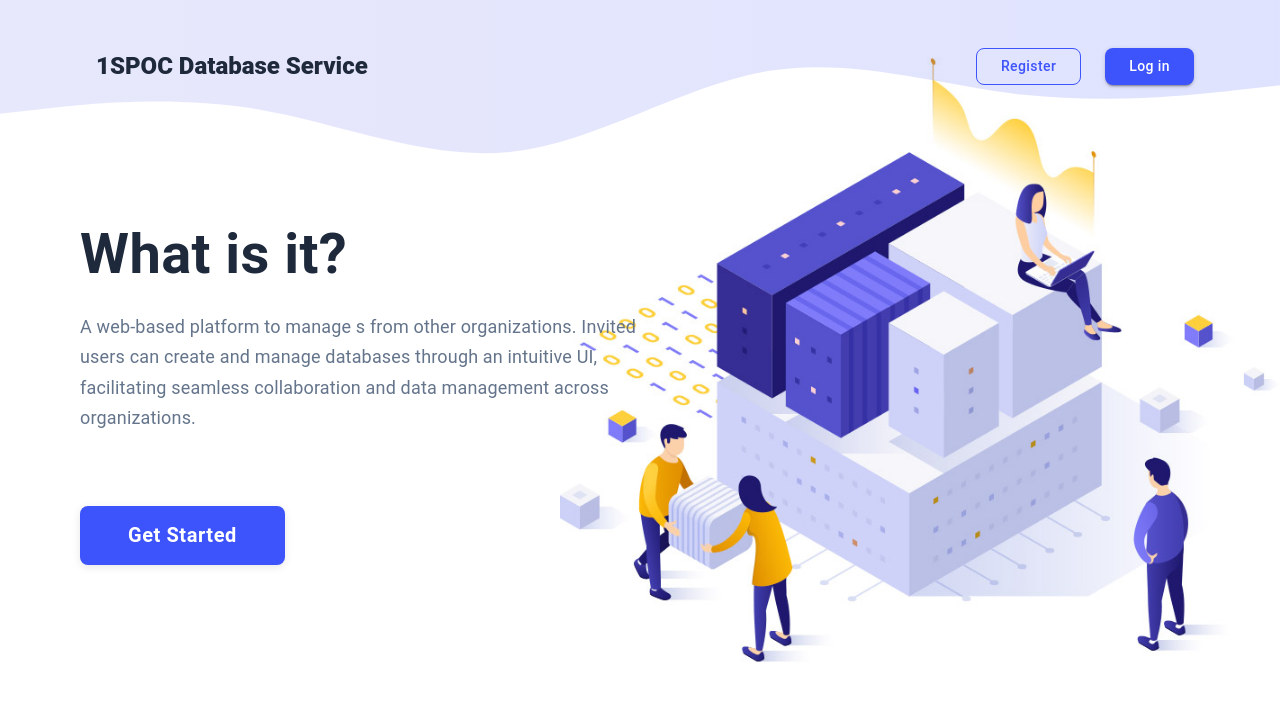
Repository: TanmayVaidya742/DbService
Page: / (app in frontend/)
The author's editor kept a copy of each file at every save. The page is drawn from the files as they stood at one save, then again after the next save.
The browser window is 1280 px wide. The pictures show the whole page.
The page's requests for data from a server got no answer. The project was rebuilt for these pictures with package versions that can differ from the ones it lists, and the page was loaded fresh each time. No one was signed in, and anything a server would have sent is missing. Also part of the build but not shown: frontend/src/components/Login.js, frontend/src/components/Register.js, frontend/src/components/Dashboard.js, frontend/src/components/AddDatabaseDialog.js, frontend/src/components/UserDashboard.js, frontend/src/components/Organizations.js, frontend/src/components/EditTableDialog.js, frontend/src/components/CreateTableDialog.js and 3 more.

Above is the page before, as saved 2025-05-08 10:53:32.

### frontend/src/App.js
import React, { useState, useEffect } from 'react';
import { BrowserRouter as Router, Routes, Route, Navigate } from 'react-router-dom';
import { ThemeProvider, createTheme } from '@mui/material';
import Login from './components/Login';
import Register from './components/Register';
import Dashboard from './components/Dashboard';
import LandingPage from './components/LandingPage';
import UserDashboard from './components/UserDashboard';
import Organizations from './components/Organizations';
import axios from 'axios';
import DatabaseDetails from './components/DatabaseDetails';
import './styles/theme.css';
import PricingPlans from './components/PricingPlans';


const theme = createTheme({
  palette: {
    primary: {
      main: '#1976d2',
    },
    secondary: {
      main: '#dc004e',
    },
  },
});

const PrivateRoute = ({ children }) => {
  const token = localStorage.getItem('token');
  return token ? children : <Navigate to="/" />;
};

function App() {
  const [hasUsers, setHasUsers] = useState(null);
  const [loading, setLoading] = useState(true);

  useEffect(() => {
    const checkUsers = async () => {
      try {
        const response = await axios.get('http://localhost:5000/api/auth/check-users');
        setHasUsers(response.data.hasUsers);
      } catch (error) {
        console.error('Error checking users:', error);
        setHasUsers(false);
      } finally {
        setLoading(false);
      }
    };

    checkUsers();
  }, []);

  if (loading) {
    return <div>Loading...</div>;
  }

  return (
    <ThemeProvider theme={theme}>
      <Router>
        <Routes>
          <Route path="/" element={<LandingPage />} />
          <Route
            path="/login"
            element={<Login />}
          />
          <Route
            path="/register"
            element={<Register />}
          />
          <Route
            path="/superadmin-dashboard"
            element={
              <PrivateRoute>
                <Dashboard />
              </PrivateRoute>
            }
          />
          <Route path="/databases" element={<UserDashboard />} />
          <Route path="/organizations" element={<Organizations />} />
          <Route path="/database/:dbName" element={<DatabaseDetails />} />
          <Route path="/pricing" element={<PricingPlans />} />


        </Routes>
      </Router>
    </ThemeProvider>
  );
}

export default App;

### frontend/src/styles/theme.css
:root {
  /* Color Palette - Blue Theme */
  --primary-color: #3d53fb; /* Tailwind's blue-500 */
  --primary-hover: #6b9efc; /* Tailwind's blue-600 */
  --primary-light: rgba(59, 130, 246, 0.08);
  --primary-light-hover: rgba(59, 130, 246, 0.12);
  --primary-text: white;

  --secondary-color: #6e74eb; /* Tailwind's blue-400 */
  --error-color: #515ff9;     /* Tailwind's red-500 */
  --success-color: #10b981;   /* Tailwind's emerald-500 */
  --warning-color: #f59e0b;   /* Tailwind's amber-500 */
  --info-color: #0ea5e9;      /* Tailwind's sky-500 */

  /* Background Colors */
  --bg-primary: #ffffff;
  --bg-secondary: #ffffff;    /* Tailwind's slate-50 */
  --bg-paper: #ffffff;

  /* Text Colors */
  --text-primary: #1e293b;    /* Tailwind's slate-800 */
  --text-secondary: #64748b;  /* Tailwind's slate-600 */
  --text-disabled: #94a3b8;   /* Tailwind's slate-400 */

  /* Borders */
  --border-color: rgba(0, 0, 0, 0.12);
  --border-radius: 8px;
  --border-radius-sm: 4px;

  /* Typography */
  --font-family: 'Roboto', 'Helvetica', 'Arial', sans-serif;
  --font-size-base: 1rem;
  --font-size-small: 0.875rem;
  --font-size-large: 1.25rem;

  /* Shadows */
  --shadow-sm: 0 1px 3px rgba(0,0,0,0.12);
  --shadow-md: 0 4px 6px rgba(0,0,0,0.1);
  --shadow-lg: 0 6px 20px rgba(0,0,0,0.1);

  /* Spacing */
  --spacing-unit: 8px;
}

/* Typography classes */
body {
  font-family: var(--font-family);
  color: var(--text-primary);
  background-color: var(--bg-secondary);
}

h1, h2, h3, h4, h5, h6 {
  color: var(--text-primary);
  font-weight: 600;
}

### frontend/src/components/LandingPage.js
import React from 'react';
import { useNavigate } from 'react-router-dom';
import { Button, Container, Typography, Grid } from '@mui/material';
import { styled } from '@mui/material/styles';

const MainSection = styled('section')({
  minHeight: '100vh',
  position: 'relative',
  overflow: 'hidden',
  overflowY: 'hidden',
  backgroundColor: 'rgba(250, 247, 247, 0.1)',
  backgroundImage: 'url(/assets/images/database.jpg)',
  backgroundPosition: 'center right',
  backgroundRepeat: 'no-repeat',
  backgroundSize: 'contain',
  display: 'flex',
  flexDirection: 'column',
  justifyContent: 'center', // Center content vertically
});

const WaveBackground = styled('div')({
  position: 'absolute',
  top: 0,
  left: 0,
  right: 0,
  zIndex: 0,
  opacity: 0.8, // Slightly reduce opacity for better blending
});

const Navbar = styled('nav')({
  position: 'relative',
  zIndex: 2,
  padding: '1.5rem 0', // Increased padding for better spacing
});

const NavContent = styled('div')({
  display: 'flex',
  justifyContent: 'space-between',
  alignItems: 'center',
  padding: '0 1rem', // Add padding for better alignment
});

const LogoContainer = styled('div')({
  display: 'flex',
  alignItems: 'center',
});

const NavButtons = styled('div')({
  display: 'flex',
  gap: '1.5rem', // Increased gap for better spacing between buttons
  justifyContent: 'flex-end',
});

const MainContent = styled('main')({
  position: 'relative',
  zIndex: 1,
  marginTop: '4rem', // Reduced to bring content closer to navbar
  flexGrow: 1, // Allow content to take remaining space
});

const ButtonGroup = styled('div')({
  display: 'flex',
  gap: '1.5rem', // Increased gap for better spacing
  marginTop: '2.5rem', // Slightly increased for balance
});

const ContentContainer = styled('div')({
  display: 'flex',
  flexDirection: 'column',
  justifyContent: 'center',
  height: '100%',
  padding: '3rem', // Increased padding for better spacing
  borderRadius: 'var(--border-radius)',
  maxWidth: '600px', // Constrain width for better readability
});

const LandingPage = () => {
  const navigate = useNavigate();

  return (
    <MainSection>
      <WaveBackground>
        <svg xmlns="http://www.w3.org/2000/svg" viewBox="0 0 1440 320" style={{ display: 'block' }}>
          <defs>
            <linearGradient id="wave-gradient" x1="0%" y1="0%" x2="100%" y2="0%">
              <stop offset="0%" stopColor="var(--secondary-color)" />
              <stop offset="100%" stopColor="var(--primary-color)" />
            </linearGradient>
          </defs>
          <path
            fill="url(#wave-gradient)"
            fillOpacity="0.2"
            d="M0,128L48,122.7C96,117,192,107,288,122.7C384,139,480,181,576,170.7C672,160,768,96,864,80C960,64,1056,96,1152,106.7C1248,117,1344,107,1392,101.3L1440,96L1440,0L1392,0C1344,0,1248,0,1152,0C1056,0,960,0,864,0C768,0,672,0,576,0C480,0,384,0,288,0C192,0,96,0,48,0L0,0Z"
          />
        </svg>
      </WaveBackground>

      <Navbar>
        <Grid paddingLeft={10} marginTop={3}>
          <NavContent>
            <Typography
              variant="h5"
              sx={{
                color: 'var(--text-primary)',
                fontWeight: 900,

                cursor: 'pointer',
                '&:hover': { color: 'var(--primary-color)' }
              }}
              onClick={() => navigate('/')}
            >
              1SPOC Database Service
            </Typography>
            <NavButtons>
            <Button
                variant="outlined"
                sx={{
                  borderColor: 'var(--primary-color)',
                  color: 'var(--primary-color)',
                  textTransform: 'none',
                  px: 3,
                  borderRadius: 'var(--border-radius)',
                  '&:hover': {
                    borderColor: 'var(--primary-hover)',
                    backgroundColor: 'var(--primary-light)',
                  }
                }}
                onClick={() => navigate('/register')}
              >
                Register
              </Button>
              <Button
                variant="contained"
                sx={{
                  bgcolor: 'var(--primary-color)',
                  color: 'var(--primary-text)',
                  textTransform: 'none',
                  px: 3,
                  borderRadius: 'var(--border-radius)',
                  '&:hover': {
                    bgcolor: 'var(--primary-hover)',
                  },
                  mr: '70px'


                }}
                onClick={() => navigate('/login')}
              >
                Log in
              </Button>
            </NavButtons>
          </NavContent>
        </Grid>
      </Navbar>

      <MainContent>
        <Grid maxWidth="lg">
          <Grid
            container
            spacing={4} // Reduced spacing for a tighter layout
            alignItems="center"
            justifyContent="flex-start"
            sx={{ minHeight: 'calc(100vh - 300px)' }}
          >
            <Grid item xs={12} md={6} sx={{ display: 'flex', flexDirection: 'column' }}>
              <ContentContainer>
                <Typography
                  variant="h4"
                  component="h3"
                  gutterBottom
                  sx={{
                    fontWeight: 700,
                    color: 'var(--text-primary)',
                    mb: 3,

                    ml: 4,
                    fontSize: { xs: '2.5rem', md: '3.5rem' },
                    lineHeight: 1.2,
                  }}
                >
                  What is it?
                </Typography>
                <Typography
                  variant="body1"
                  sx={{
                    color: 'var(--text-secondary)',
                    mb: 4,
                    ml:4,
                    fontSize: '1.125rem',
                    lineHeight: 1.7,
                    overflowWrap: 'break-word',
                    whiteSpace: 'normal',
                  }}
                >
                  A web-based platform to manage s from other organizations. Invited users can create and manage databases through an intuitive UI, facilitating seamless collaboration and data management across organizations.
                </Typography>
                <ButtonGroup
                sx={{ml: 4}}>
                  <Button
                    variant="contained"
                    sx={{
                      bgcolor: 'var(--primary-color)',
                      color: 'var(--primary-text)',
                      textTransform: 'none',
                      px: 6,
                      py: 1.5,
                      fontSize: '1.25rem', // Increased font size for emphasis
                      fontWeight: 600, // Bold for emphasis
                      borderRadius: 'var(--border-radius)',
                      boxShadow: '0 2px 8px rgba(0, 0, 0, 0.1)', // Add subtle shadow
                      '&:hover': {
                        bgcolor: 'var(--primary-hover)',
                        boxShadow: '0 4px 12px rgba(0, 0, 0, 0.15)', // Enhanced hover effect
                      },
                    }}
                    onClick={() => navigate('/login')}
                  >
                    Get Started
                  </Button>
                </ButtonGroup>
              </ContentContainer>
            </Grid>
          </Grid>
        </Grid>
      </MainContent>
    </MainSection>
  );
};

export default LandingPage;

Loaded but not shown: frontend/public/index.html (common file); frontend/src/index.js (common file); frontend/src/index.css (common file); frontend/src/reportWebVitals.js (common file)

After the next save:
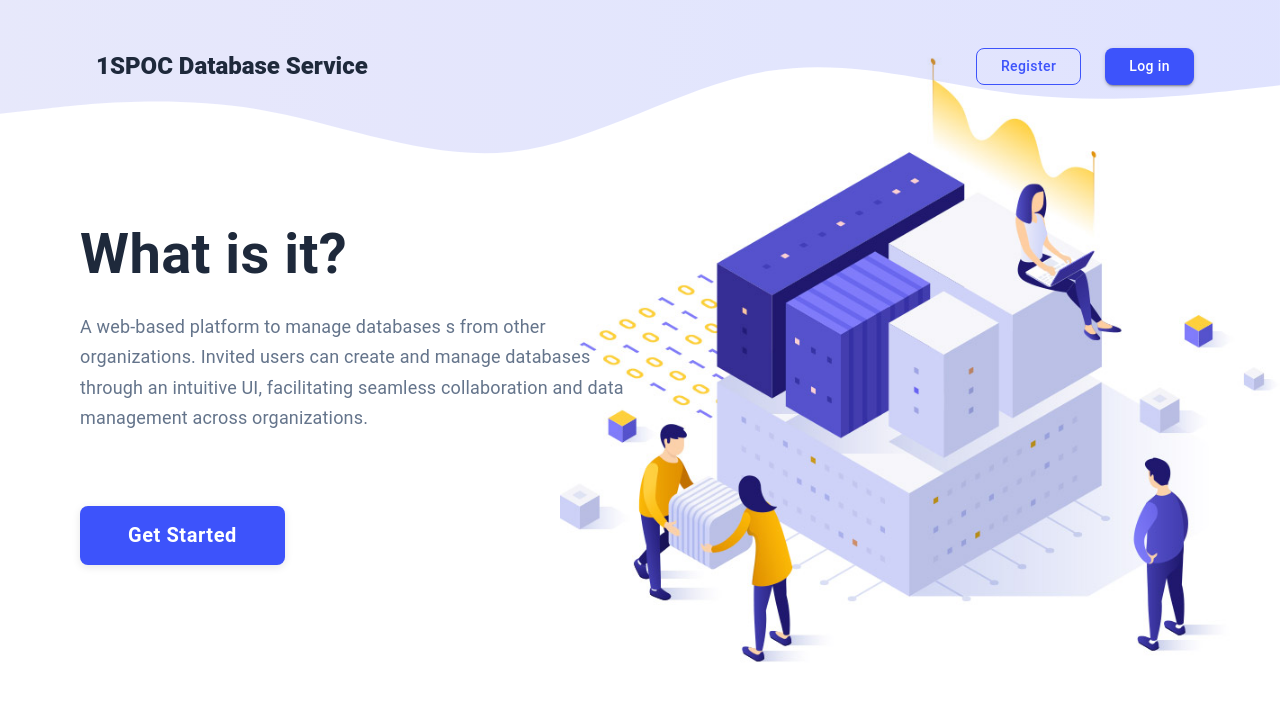
Saved 4 s later.
--- a/frontend/src/components/LandingPage.js
+++ b/frontend/src/components/LandingPage.js
@@ -192,7 +192,7 @@ const LandingPage = () => {
                     whiteSpace: 'normal',
                   }}
                 >
-                  A web-based platform to manage s from other organizations. Invited users can create and manage databases through an intuitive UI, facilitating seamless collaboration and data management across organizations.
+                  A web-based platform to manage databases s from other organizations. Invited users can create and manage databases through an intuitive UI, facilitating seamless collaboration and data management across organizations.
                 </Typography>
                 <ButtonGroup
                 sx={{ml: 4}}>
